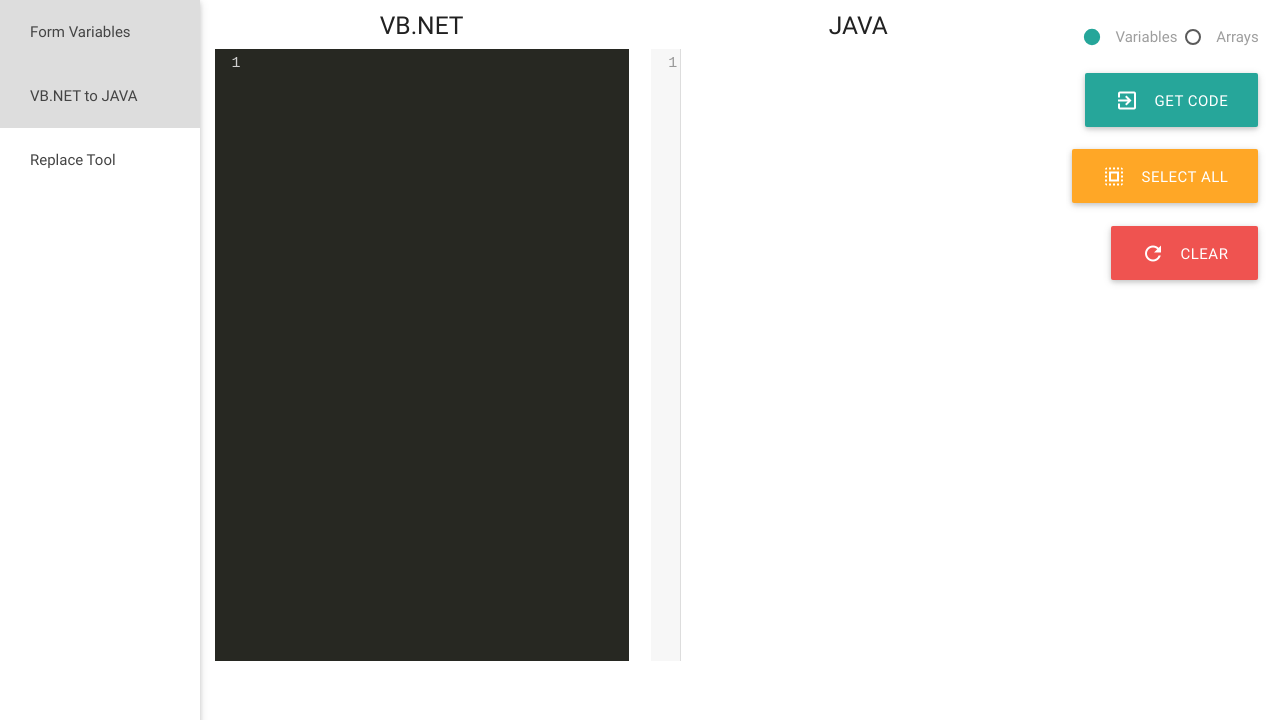
Repository: heyvin/heyvin-tools
Page: http://localhost/tools/convertparams.php
The author's editor kept a record of every edit. The page is drawn from the files as they stood at one moment, then again after the next edit.
The browser window is 1280 px wide. The pictures show the whole page.
The page is run by PHP 8.4 with error messages shown; the project is at /var/www/html/.

Above is the page before.

After the next edit:
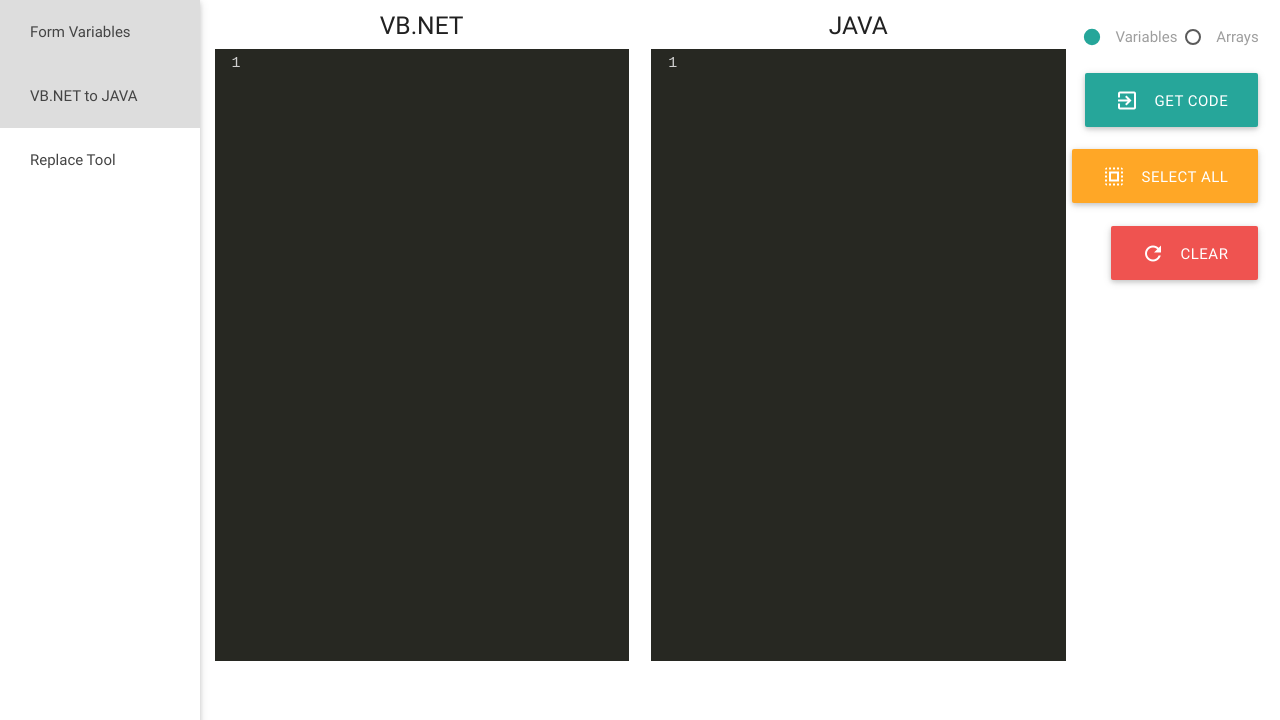
The edit:
--- a/tools/convertparams.php
+++ b/tools/convertparams.php
@@ -69,8 +69,8 @@
 					lineWrapping: false,
 					lineNumbers: true,
 					mode: "text/x-java",
-					readOnly: false,
-					theme: "eclipse"
+					readOnly: true,
+					theme: "monokai"
 				});
 				cmJava.setSize("100%", "85%");
 
